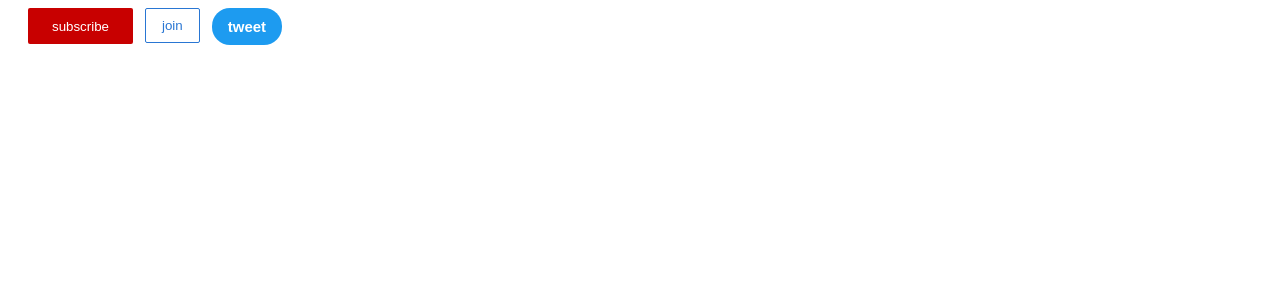
Repository: knowledgeAlan/html-css-six
Page: buttons.html
An editor plug-in stored every save of this project. The page is shown before and after the next save, followed by the edit.
The browser window is 1280 px wide. The pictures show the whole page.

Above is the page before, as saved 2024-02-29 19:12:49.

After the next save:
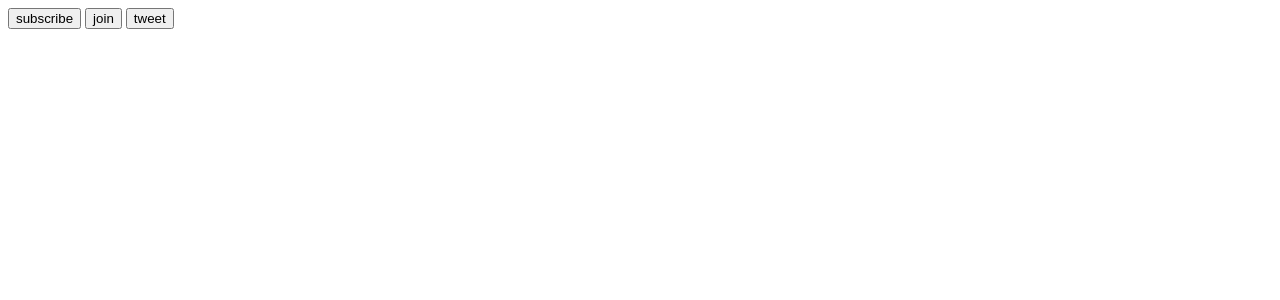
Saved 7 min 53 s later.
--- a/buttons.html
+++ b/buttons.html
@@ -1,93 +1,10 @@
-<style>
+<!DOCTYPE html>
+<html>
+  <head>
+    <title>Buttons practice</title>
+  </head>
+</html>
 
-   .subscribe-button{
-        background-color: rgb(200, 0, 0);
-        color: white;
-        border: none;
-        height: 36px;
-        width: 105px;
-        border-radius: 2px;
-        cursor: pointer;
-        margin-right: 8px;
-        margin-left: 20px;
-        padding-top: 10px ;
-        padding-bottom: 10px;
-        padding-left: 16px;
-        padding-right: 16px;
-
-        transition: opacity 0.15s;
-        vertical-align: top;
-
-   }
-
-   .subscribe-button:hover{
-    opacity: 0.8;
-   }
-
-   .subscribe-button:active{
-     opacity: 0.5;
-   }
-
-
-
-   .join-button{
-    background-color: white;
-    border-color: rgb(41, 118, 211);
-    border-style: solid;
-    border-width: 1px;
-    color: rgb(41, 118, 211);
-
-
-    border-radius: 2px;
-    cursor: pointer;
-
-    padding-top: 9px;
-    padding-bottom: 9px;
-
-    padding-left: 16px;
-    padding-right: 16px;
-
-    transition: background-color 0.15s, color 0.15s;
-   }
-
-
-   .join-button:hover{
-    background-color: rgb(6,95, 212);
-    color: white;
-   }
-
-
-   .join-button:active{
-    opacity: 0.7;
-   }
-
-
-
-   .tweet-button{
-    background-color: rgb(29, 155, 240);
-    color: white;
-    border: none;
-
-    padding-top: 10px;
-    padding-bottom: 10px;
-    padding-left: 16px;
-    padding-right: 16px;
-
-    border-radius:8px ;
-    border-radius: 18px;
-    font-weight: bold;
-    font-size:  15px;
-    cursor: pointer;
-    margin-left: 8px;
-
-    transition: box-shodow 0.15s;
-    vertical-align: top;
-   }
-
-   .tweet-button:hover{
-     box-shadow: 5px 5px 10px rgba(0, 0, 0, 0.15);
-   }
-</style>
 
 <button class="subscribe-button">
     subscribe

After the save that followed:
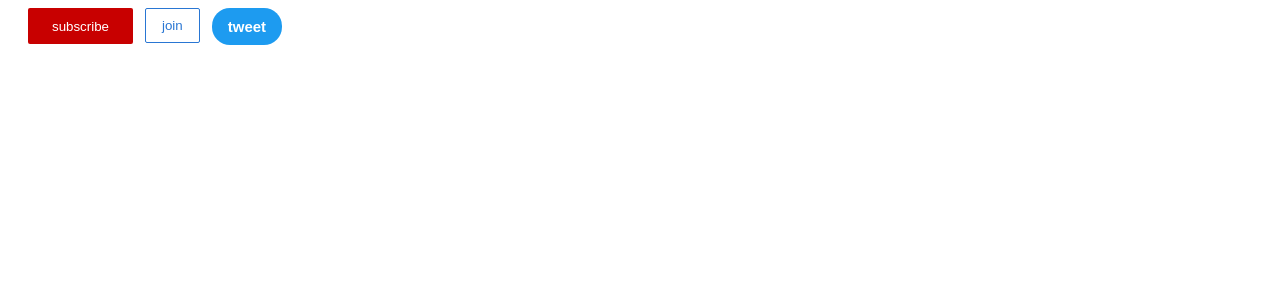
Saved 17 s later.
--- a/buttons.html
+++ b/buttons.html
@@ -2,6 +2,7 @@
 <html>
   <head>
     <title>Buttons practice</title>
+    <link rel="stylesheet" href="styles/buttons.css">
   </head>
 </html>
 
